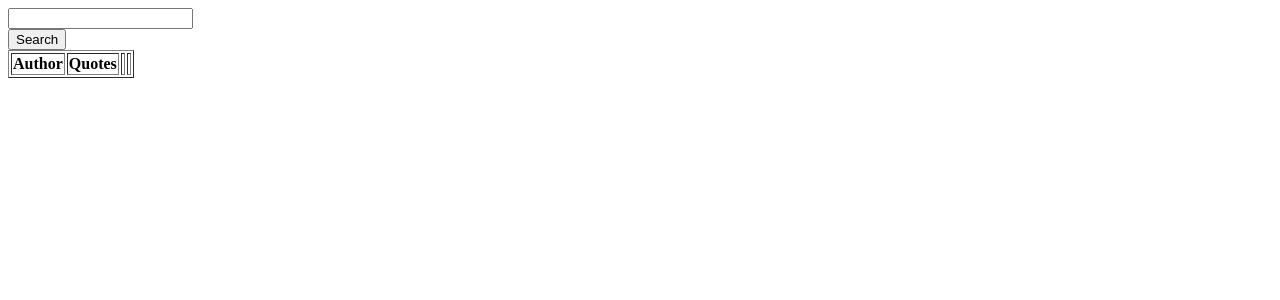
Repository: sjayach/CS320
Page: http://localhost/CS320Final/QuotationController
An editor plug-in stored every save of this project. The page is shown before and after the next save, followed by the edit.
The browser window is 1280 px wide. The pictures show the whole page.
The page is served by Tomcat 9. Other server files are loaded and not shown. Queries for data that is not in the repository find no rows.

Above is the page before, as saved 2015-06-12 04:19:25.

### CS320Final/WebContent/WEB-INF/QuotationView.jsp
<%@ page language="java" contentType="text/html; charset=ISO-8859-1"
    pageEncoding="ISO-8859-1"%>
    <%@ taglib prefix="c" uri="http://java.sun.com/jsp/jstl/core" %>
<!DOCTYPE html PUBLIC "-//W3C//DTD HTML 4.01 Transitional//EN" "http://www.w3.org/TR/html4/loose.dtd">
<html>
<head>
<meta http-equiv="Content-Type" content="text/html; charset=ISO-8859-1">
<title>Quotation View</title>
</head>
<body>
<form action="QuotationController" method =get>
<input type="text" name="search"><br />
<input type="submit" value="Search">
</form>
<table border="1">
	<tr>
		<th>Author</th>
		<th>Quotes</th>
		<th></th>
		<th></th>
	</tr>


	<c:forEach items="${quotation}" var="item">
		<tr>
			<td>${item.author}</td>
			<td>${item.quotes}</td>
			<td><a href="EditController?edit=${item.id}">Edit</a></td>
			<td><a href="QuotationController?delete=${item.id}">Delete</a></td>
		</tr>
	</c:forEach>
</table>


</body>
</html>

### CS320Final/src/quotation/QuotationController.java
package quotation;

import java.io.IOException;
import java.sql.Connection;
import java.sql.Driver;
import java.sql.DriverManager;
import java.sql.ResultSet;
import java.sql.Statement;
import java.util.ArrayList;
import java.util.List;

import javax.servlet.ServletException;
import javax.servlet.annotation.WebServlet;
import javax.servlet.http.HttpServlet;
import javax.servlet.http.HttpServletRequest;
import javax.servlet.http.HttpServletResponse;


@WebServlet("/QuotationController")
public class QuotationController extends HttpServlet {
	private static final long serialVersionUID = 1L;

	protected void doGet(HttpServletRequest request, HttpServletResponse response) throws ServletException, IOException {
		String host = "cs3.calstatela.edu";
		String port = "3306";
		String dbName = "cs320stu47";
		String username = "cs320stu47";
		String password = "..7qX4#g";

		String url = "jdbc:mysql://" + host + ":" + port + "/" + dbName;
		try{
			// Dynamically include the MySQL Driver
			Class.forName("org.gjt.mm.mysql.Driver").newInstance();

			// Instantiate the Driver
			Driver driver = new org.gjt.mm.mysql.Driver();

			// Connect to the Database
			Connection connection =
					DriverManager.getConnection(url, username, password);

			// Create a Statement
			Statement statement = connection.createStatement();
			List<QuotationBean> quotation = new ArrayList<QuotationBean>();
			String query = "SELECT * FROM Quotation";
			ResultSet rs = statement.executeQuery(query);
			while(rs.next()) {
				int id = rs.getInt("id");
				String author = rs.getString("author");
				System.out.println("id " + id + author);
				String quotes = rs.getString("quotes");
				quotation.add(new QuotationBean(id,author,quotes));
			}
			request.setAttribute("quotation", quotation);
			connection.close();
		} catch(Exception e) {
			System.out.println("Exception" +e);
		}
		request.getRequestDispatcher("/WEB-INF/QuotationView.jsp").forward(request, response);


	}


	protected void doPost(HttpServletRequest request, HttpServletResponse response) throws ServletException, IOException {

	}

}

After the next save:
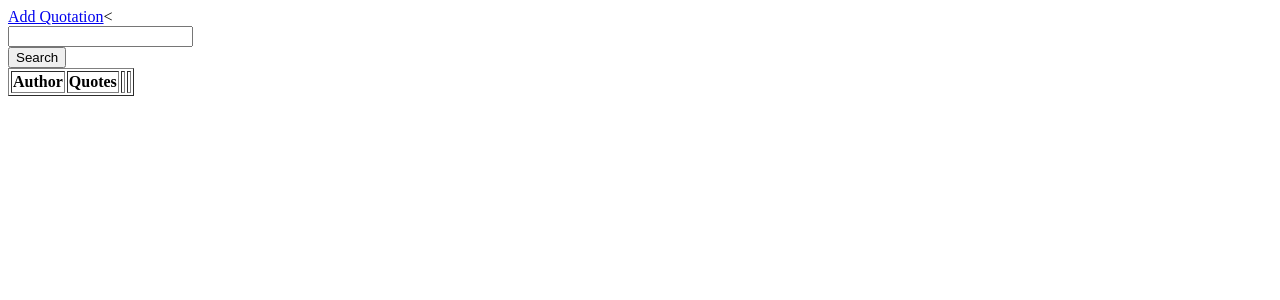
Saved 93 s later.
--- a/CS320Final/WebContent/WEB-INF/QuotationView.jsp
+++ b/CS320Final/WebContent/WEB-INF/QuotationView.jsp
@@ -8,6 +8,8 @@
 <title>Quotation View</title>
 </head>
 <body>
+
+<a href="AddQuotationController">Add Quotation</a><
 <form action="QuotationController" method =get>
 <input type="text" name="search"><br />
 <input type="submit" value="Search">
